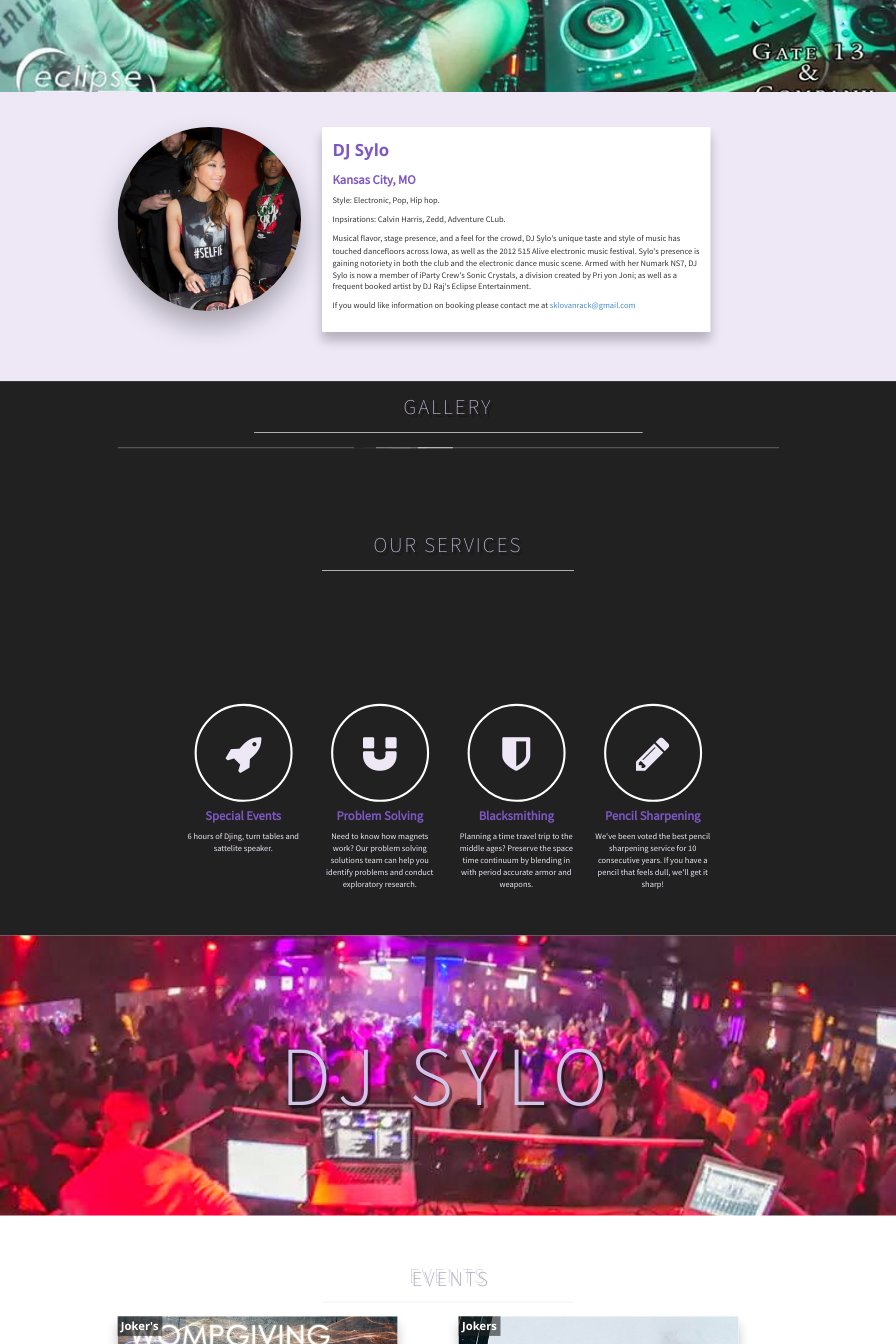
Repository: BambooXLotus/DjSylo
Page: client/index.html
The author's editor kept a record of every edit. The page is drawn from the files as they stood at one moment, then again after the next edit.
The browser window is 1280 px wide. The pictures show the part of the page from y = 588 to 2508 px (the page is 4049 px tall), at 70% of full size.
Pictures or frames that could not be fetched are drawn as grey boxes. Some icons come from a web library that is not loaded, so they are not drawn. Backgrounds fixed to the window are drawn as part of the page. Some web libraries are served in a nearby version.

Above is the page before.

### client/index.html
<!DOCTYPE html>
<html lang="en">

<head>
    <meta charset="utf-8">
    <meta name="viewport" content="width=device-width, initial-scale=1.0">
    <meta name="description" content="">
    <meta name="author" content="">
    <title>DJ Sylo</title>
    <!-- Fonts -->
    <link href='http://fonts.googleapis.com/css?family=Open+Sans:400,700,800,600' rel='stylesheet' type='text/css'>

    <!-- Bootstrap core CSS
        -->
    <link href="css/bootstrap.css" rel="stylesheet">
    <!-- Add custom CSS here -->
    <link href="css/stylish-portfolio.css" rel="stylesheet">
    <link href="//maxcdn.bootstrapcdn.com/font-awesome/4.1.0/css/font-awesome.min.css" rel="stylesheet">
    <link href="css/nanogallery.min.css" rel="stylesheet" type="text/css">
</head>

<body>
    <!-- Side Menu -->
    <nav class="navbar navbar-fixed-top navbar-inverse" role="navigation">
        <div class="container">
            <div class="navbar-header">
                <button type="button" class="navbar-toggle" data-toggle="collapse" data-target=".navbar-ex1-collapse">
                    <span class="sr-only">Toggle navigation</span>
                    <span class="icon-bar"></span>
                    <span class="icon-bar"></span>
                    <span class="icon-bar"></span>
                </button>
                <a class="navbar-brand" href="#top">DJ Sylo</a>
            </div>
            <!-- Collect the nav links, forms, and other content for toggling -->
            <div class="collapse navbar-collapse navbar-ex1-collapse">
                <ul class="nav navbar-nav">
                    <li>
                        <a href="#top">Home</a>
                    </li>
                    <li>
                        <a href="#about">Bio</a>
                    </li>
                    <li>
                        <a href="#gallery">Gallery</a>
                    </li>
                    <li>
                        <a href="#services">Services</a>
                    </li>
                    <li>
                        <a href="#portfolio">Events</a>
                    </li>
                    <li>
                        <a href="#portfolio">Discography</a>
                    </li>
                    <li>
                        <a href="#contact">Contact</a>
                    </li>
                </ul>
            </div>
            <!-- /.navbar-collapse -->
        </div>
        <!-- /.container -->
    </nav>
    <!-- /Side Menu -->
    <!-- Full Page Image Header Area -->
    <div id="top" class="header">
        <div class="vert-text">
            <div class="hero">
                <a href="#contact"><h1 id="responsive-text">DJ Sylo</h1></a>
            </div>
        </div>
    </div>
    <!-- /Full Page Image Header Area -->
    <!-- Intro -->
    <div id="about" class="about">
        <div class="container">
            <div class="row">
                <div class="col-md-3 col-md-offset-1">
                    <img class="img-circle img-responsive circle-shadow" src="img/portrait-sm.jpg">
                </div>
                <div class="col-md-6 col-xs-12">
                    <div class="panel panel-default dialog">
                        <div class="panel-heading">
                            <h3>DJ Sylo</h3>
                        </div>
                        <div class="panel-body">
                            <h4>Kansas City, MO</h4>
                            <p>Style: Electronic, Pop, Hip hop.</p>
                            <p>Inpsirations: Calvin Harris, Zedd, Adventure CLub.</p>
                            <p>Musical flavor, stage presence, and a feel for the crowd, DJ Sylo's unique taste and style of music has touched dancefloors across Iowa, as well as the 2012 515 Alive electronic music festival. Sylo's presence is gaining notoriety
                                in both the club and the electronic dance music scene. Armed with her Numark NS7, DJ Sylo is now a member of iParty Crew's Sonic Crystals, a division created by Pri yon Joni; as well as a frequent booked artist by DJ Raj's
                                Eclipse Entertainment.</p>
                            <p>If you would like information on booking please contact me at <a href="sklovanrack@gmail.com">sklovanrack@gmail.com</a>
                            </p>
                        </div>
                    </div>
                </div>
            </div>
        </div>
    </div>
    <!-- /Intro -->
    <!-- Gallery -->
    <div id="gallery" class="gallery">
        <div class="container">
            <div class="row">
                <div class="col-md-6 col-md-offset-3 text-center">
                    <h2>Gallery</h2>
                    <hr>
                </div>
            </div>
            <div class="row">
                <div class="col-md-10 col-md-offset-1 col-xs-12 text-center">
                    <div id="nanoGallery2"></div>
                </div>
            </div>
        </div>
    </div>
    <!-- /Gallery -->
    <!-- Services -->
    <div id="services" class="services">
        <div class="container">
            <div class="row">
                <div class="col-md-4 col-md-offset-4 text-center">
                    <h2>Our Services</h2>
                    <hr>
                </div>
            </div>
            <div class="row">
                <div class="col-md-offset-3 col-md-6">
                    <iframe width="100%" height="166" scrolling="no" frameborder="no" src="https://w.soundcloud.com/player/?url=https%3A//api.soundcloud.com/tracks/160960689&amp;color=ff5500&amp;auto_play=false&amp;hide_related=false&amp;show_comments=true&amp;show_user=true&amp;show_reposts=false"></iframe>
                </div>
            </div>
            <div class="row">
                <div class="col-md-2 col-md-offset-2 text-center">
                    <div class="service-item">
                        <i class="service-icon fa fa-rocket"></i>
                        <h4>Special Events</h4>
                        <p>6 hours of Djing, turn tables and sattelite speaker.</p>
                    </div>
                </div>
                <div class="col-md-2 text-center">
                    <div class="service-item">
                        <i class="service-icon fa fa-magnet"></i>
                        <h4>Problem Solving</h4>
                        <p>Need to know how magnets work? Our problem solving solutions team can help you identify problems and conduct exploratory research.</p>
                    </div>
                </div>
                <div class="col-md-2 text-center">
                    <div class="service-item">
                        <i class="service-icon fa fa-shield"></i>
                        <h4>Blacksmithing</h4>
                        <p>Planning a time travel trip to the middle ages? Preserve the space time continuum by blending in with period accurate armor and weapons.</p>
                    </div>
                </div>
                <div class="col-md-2 text-center">
                    <div class="service-item">
                        <i class="service-icon fa fa-pencil"></i>
                        <h4>Pencil Sharpening</h4>
                        <p>We've been voted the best pencil sharpening service for 10 consecutive years. If you have a pencil that feels dull, we'll get it sharp!</p>
                    </div>
                </div>
            </div>
        </div>
    </div>
    <!-- /Services -->
    <!-- Callout -->
    <div class="callout">
        <div class="vert-text">
            <h1>DJ Sylo</h1>
        </div>
    </div>
    <!-- /Callout -->
    <!-- Portfolio -->
    <div id="portfolio" class="portfolio">
        <div class="container">
            <div class="row">
                <div class="col-md-4 col-md-offset-4 text-center">
                    <h2>Events</h2>
                    <hr>
                </div>
            </div>
            <div class="row">
                <div class="col-md-5 col-md-offset-1">
                    <div class="panel card fixed-card">
                        <div class="card-heading">
                            <h3 class="panel-title">Joker's</h3>
                            <h4 class="panel-title stickyBottom">Des Moines - Iowa</h4>
                            <a href="https://www.facebook.com/jokersdsm">
                                <img class="img-portfolio img-responsive" src="img/Events/wompgiving2014.jpg">
                            </a>
                        </div>
                        <div class="panel-body">
                            <h4>November 26th Wednesday</h4>
                            <span>Bottomless Cup 9PM-12PM</span>
                            <span>$2 Bottles 9PM-12AM</span>
                            <span>$2 Tequila & Fireball all night</span>
                        </div>
                    </div>
                </div>
                <div class="col-md-5">
                    <div class="panel card fixed-card">
                        <div class="card-heading">
                            <h3 class="panel-title">Jokers</h3>
                            <h4 class="panel-title stickyBottom">Cedarfalls - Iowa</h4>
                            <img class="img-portfolio img-responsive" src="img/portfolio-2.jpg">
                        </div>
                        <div class="panel-body">
                            <h4>Dec 26th Wednesday</h4>
                            <h5>Cats Named Remmy Drink Free</h5>
                        </div>
                    </div>
                </div>
            </div>
            <div class="row">
                <div class="col-md-5 col-md-offset-1">
                    <div class="panel card fixed-card">
                        <div class="card-heading">
                            <h3 class="panel-title">Cafe Mood</h3>
                            <h4 class="panel-title stickyBottom">Ames - Iowa</h4>
                            <img class="img-portfolio img-responsive" src="img/portfolio-3.jpg">
                        </div>
                        <div class="panel-body">
                            <h4>Dec 26th Wednesday</h4>
                        </div>
                    </div>
                </div>
                <div class="col-md-5">
                    <div class="panel card fixed-card">
                        <div class="card-heading">
                            <h3 class="panel-title">Hotel</h3>
                            <h4 class="panel-title stickyBottom">Kansas City - Missouri</h4>
                            <img class="img-portfolio img-responsive" src="img/portfolio-4.jpg">
                        </div>
                        <div class="panel-body">
                            <h4>Dec 26th Wednesday</h4>
                            <h5>Located in the Power and Light district.</h5>
                        </div>
                    </div>
                </div>
            </div>
        </div>
    </div>
    <!-- /Portfolio -->
    <!-- Map -->
    <div id="contact">
        <div class="container">
            <div class="row">
                <div class="col-md-6 col-md-offset-3">
                    <h3>Contact</h3>
                    <hr>
                    <address>
                            <strong>Email:</strong>
                            <a href="mailto:#">sklovanrack@gmail.com</a>
                            <br>
                            <br>
                            <strong>Phone:</strong>(515) 329-2323</address>
                </div>
            </div>
            <div>
                <div class="col-md-6 col-md-offset-3 contact-form">
                    <form id="contact" method="post" class="form" role="form">
                        <div class="row">
                            <div class="col-xs-6 col-md-6 form-group">
                                <input class="form-control" id="name" name="name" placeholder="Name" type="text" />
                            </div>
                            <div class="col-xs-6 col-md-6 form-group">
                                <input class="form-control" id="email" name="email" placeholder="Email" type="email" required />
                            </div>
                        </div>
                        <textarea class="form-control" id="message" name="message" placeholder="Message" rows="5"></textarea>
                        <br />
                        <div class="row">
                            <div class="col-xs-12 col-md-12 form-group">
                                <button class="btn btn-primary pull-right" type="submit">Submit</button>
                            </div>
                        </div>
                    </form>
                </div>
            </div>
        </div>
    </div>
    <!-- /Map -->
    <!-- Footer -->
    <footer>
        <div class="container">
            <div class="row">
                <div class="col-md-6 col-md-offset-3 text-center">
                    <ul class="list-inline">
                        <li>
                            <a class="fa fa-facebook fa-3x" href="https://www.facebook.com/DJSyloSonicCrystals"></a>
                        </li>
                        <li>
                            <i class="fa fa-twitter fa-3x"></i>
                        </li>
                        <li>
                            <i class="fa fa-instagram fa-3x"></i>
                        </li>
                        <li>
                            <a class="fa fa-soundcloud fa-3x" href="https://soundcloud.com/bambooproduction/sets"></a>
                        </li>
                    </ul>
                    <div class="top-scroll">
                        <a href="#top"><i class="fa fa-circle-arrow-up scroll fa-4x"></i></a>
                    </div>
                    <hr>
                    <p>Copyright &copy; Bamboo Lotus 2014</p>
                </div>
            </div>
        </div>
    </footer>
    <!-- /Footer -->
    <!-- JavaScript -->
    <script src="http://ajax.googleapis.com/ajax/libs/jquery/1/jquery.min.js"></script>
    <script src="js/jquery-1.10.2.js"></script>
    <script src="js/bootstrap.js"></script>
    <script type="text/javascript" src="js/jquery.fittext.js"></script>
    <!-- nanoGALLERY plugin files -->
    <script type="text/javascript" src="js/jquery.nanogallery.min.js"></script>
    <!-- Custom JavaScript for the Side Menu and Smooth Scrolling
        -->
    <script>
        $("#menu-close").click(function(e) {
            e.preventDefault();
            $("#sidebar-wrapper").toggleClass("active");
        });
    </script>
    <script>
        $("#menu-toggle").click(function(e) {
            e.preventDefault();
            $("#sidebar-wrapper").toggleClass("active");
        });
    </script>
    <script>
        $(function() {
            $('a[href*=#]:not([href=#])').click(function() {
                if (location.pathname.replace(/^\//, '') == this.pathname.replace(/^\//, '') || location.hostname == this.hostname) {

                    var target = $(this.hash);
                    target = target.length ? target : $('[name=' + this.hash.slice(1) + ']');
                    if (target.length) {
                        $('html,body').animate({
                            scrollTop: target.offset().top
                        }, 1000);
                        return false;
                    }
                }
            });

            $("#nanoGallery2").nanoGallery({
                thumbnailWidth: 'auto',
                thumbnailHeight: 200,
                userID: 'derensomsanith@gmail.com',
                kind: 'picasa',
                album: '6020738059883313137',
                colorSchemeViewer: 'light',
                thumbnailHoverEffect: [{
                    name: 'labelAppear75',
                    duration: 300
                }],
                thumbnailGutterWidth: 1,
                thumbnailGutterHeight: 1,
                i18n: {
                    thumbnailImageDescription: 'View Photo',
                    thumbnailAlbumDescription: 'Open Album'
                },
                thumbnailLabel: {
                    display: true,
                    position: 'overImageOnMiddle',
                    align: 'center'
                },
                photoSorting: 'random',
                lazyBuild: 'none',
                lazyBuildTreshold: 300
            });

            $("#responsive-text").fitText(0.5, { minFontSize: '20px', maxFontSize: '140px' });
        });

        (function(i, s, o, g, r, a, m) {
            i['GoogleAnalyticsObject'] = r;
            i[r] = i[r] || function() {
                (i[r].q = i[r].q || []).push(arguments)
            }, i[r].l = 1 * new Date();
            a = s.createElement(o),
                m = s.getElementsByTagName(o)[0];
            a.async = 1;
            a.src = g;
            m.parentNode.insertBefore(a, m)
        })(window, document, 'script', '//www.google-analytics.com/analytics.js', 'ga');

        ga('create', 'UA-56532059-1', 'auto');
        ga('send', 'pageview');
    </script>
</body>

</html>

### client/css/stylish-portfolio.css
/* Global Styles */

@import url(http://fonts.googleapis.com/css?family=Source+Sans+Pro:100,200,300,400);
@import url(http://fonts.googleapis.com/css?family=Open+Sans:400,700,800,600);
html,
body {
  height: 100%;
  width: 100%;
  font-family: 'Source Sans Pro', sans-serif;
  font-size: 12px;
}
h1,
h2 {
  color: #D1C4E9;
  text-shadow: 4px 4px 1px rgba(0, 0, 0, 0.45);
  text-transform: uppercase;
  font-weight: 100;
  letter-spacing: .1em;
}
h3 {
  font-family: 'Open Sans', sans-serif;
  color: #7E57C2;
  font-weight: 700;
}
h4{
  font-family: 'Source Sans Pro', sans-serif;
  color: #7E57C2;
  font-weight: 700;
}
.vert-text {
  display: table-cell;
  vertical-align: middle;
  text-align: center;
}
.vert-text h1 {
  padding: 0;
  margin: 0;
  font-size: 10em;
  font-weight: 300;
}
/* Link Styles */

a:link {
  text-decoration: none;
}
a:visited {
  text-decoration: none;
}
a:hover {
  text-decoration: none;
}
a:active {
  text-decoration: none;
}
/* Side Menu */

.nav {
  background-color: #212121;
  text-transform: uppercase;
  letter-spacing: .2em;
  font-size: 1.2em;
  font-weight: 400;
}
#sidebar-wrapper {
  margin-right: -250px;
  right: 0;
  width: 250px;
  background: #000;
  position: fixed;
  height: 100%;
  overflow-y: auto;
  z-index: 1000;
  -webkit-transition: all 0.4s ease 0s;
  -moz-transition: all 0.4s ease 0s;
  -ms-transition: all 0.4s ease 0s;
  -o-transition: all 0.4s ease 0s;
  transition: all 0.4s ease 0s;
}
.sidebar-nav {
  position: absolute;
  top: 0;
  width: 250px;
  list-style: none;
  margin: 0;
  padding: 0;
}
.sidebar-nav li {
  line-height: 40px;
  text-indent: 20px;
}
.sidebar-nav li a {
  color: #999999;
  display: block;
  text-decoration: none;
}
.sidebar-nav li a:hover {
  color: #fff;
  background: rgba(255, 255, 255, 0.2);
  text-decoration: none;
}
.sidebar-nav li a:active,
.sidebar-nav li a:focus {
  text-decoration: none;
}
.sidebar-nav > .sidebar-brand {
  height: 55px;
  line-height: 55px;
  font-size: 18px;
}
.sidebar-nav > .sidebar-brand a {
  color: #999999;
}
.sidebar-nav > .sidebar-brand a:hover {
  color: #fff;
  background: none;
}
#menu-toggle {
  top: 0;
  right: 0;
  position: fixed;
  z-index: 1;
}
#sidebar-wrapper.active {
  right: 250px;
  width: 250px;
  -webkit-transition: all 0.4s ease 0s;
  -moz-transition: all 0.4s ease 0s;
  -ms-transition: all 0.4s ease 0s;
  -o-transition: all 0.4s ease 0s;
  transition: all 0.4s ease 0s;
}
.toggle {
  margin: 5px 5px 0 0;
}
/* Full Page Image Header Area */

.header {
  display: table;
  height: 100%;
  width: 100%;
  position: relative;
  background: url(../img/DJSyloJumbotron.jpeg) no-repeat center center fixed;
  -webkit-background-size: cover;
  -moz-background-size: cover;
  -o-background-size: cover;
  background-size: cover;
}
/* Intro */

.intro {
  padding: 50px 0;
}
/* About */

.about {
  background: #EDE7F6;
  padding: 50px 0;
}
/* Gallery */

.gallery {
  background: #212121;
}
/* Services */

.services {
  background: #212121;
  padding: 50px 0;
  color: #EDE7F6;
}
.service-item {
  margin-bottom: 15px;
}
i.service-icon {
  border: 3px solid #ffffff;
  border-radius: 50%;
  display: inline-block;
  font-size: 56px;
  width: 140px;
  height: 140px;
  line-height: 136px;
  vertical-align: middle;
  text-align: center;
}
/* Callout */

.callout {
  color: #ffffff;
  display: table;
  height: 400px;
  width: 100%;
  background: url(../img/callout_DJSylo.jpeg) no-repeat center center fixed;
  -webkit-background-size: cover;
  -moz-background-size: cover;
  -o-background-size: cover;
  background-size: cover;
}
/* Portfolio */

.portfolio {
  padding: 50px 0;
}
.portfolio-item {
  margin-bottom: 25px;
}
.img-portfolio {
  margin: 0 auto;
}
/* Map */

.map {
  height: 500px;
}
/* Footer */

footer {
  padding: 100px 0;
}
.top-scroll {
  margin-top: 50px;
}
.top-scroll a {
  text-decoration: none;
  color: inherit;
}
i.scroll {
  color: #333333;
}
i.scroll:hover {
  color: #0a5175;
}
/* Responsive */

@media (max-width: 768px) {
  .header {
    background: url(../img/DJSyloJumbotron.jpeg) no-repeat center center scroll;
  }
  .callout {
    background: url(../img/callout_DJSylo.jpeg) no-repeat center center scroll;
  }
  .map {
    height: 75%;
  }
}
html,
body {
  height: 100%;
}
.carousel,
.item,
.active {
  height: 100%;
}
.carousel-inner {
  height: 100%;
}
.fill {
  width: 100%;
  height: 100%;
  background-position: center;
  background-size: cover;
}
/* faster sliding speed */

.carousel-inner > .item {
  -webkit-transition: 0.3s ease-in-out left;
  -moz-transition: 0.3s ease-in-out left;
  -o-transition: 0.3s ease-in-out left;
  transition: 0.3s ease-in-out left;
}
/* keep full widget on smaller screens */

@media (max-width: 767px) {
  body {
    padding-left: 0;
    padding-right: 0;
  }
}
#galleryContainer {
  background: #DDD;
  max-width: 1000px;
  max-height: 500px;
}
.item img {
  width: 50%;
}
.item.w2 {
  width: 25%;
}
.circle-shadow {
  box-shadow: 0 19px 38px rgba(0, 0, 0, 0.30);
}
/* Card, Dialog */

.card,
.dialog {
  border-radius: 2px;
  border: 0px;
  position: relative;
  display: inline-block;
  vertical-align: top;
  background-color: #fff;
  box-shadow: 0 12px 15px 0 rgba(0, 0, 0, 0.24);
}
.fixed-card {
  max-width: 400px;
  max-height: 400px;
}
.panel:hover .panel-title {
  background: #e91e63;
}
.panel-title {
  position: absolute;
  background: rgba(34, 34, 34, 0.6);
  color: White;
  padding: 5px;
  z-index: 3;
  -webkit-transition: all .6s ease-in-out;
  -moz-transition: all .6s ease-in-out;
  -o-transition: all .6s ease-in-out;
  -ms-transition: all .6s ease-in-out;
  transition: all .6s ease-in-out;
}
.panel-default > .panel-heading {
  border-radius: 0;
  background: transparent;
  border: 0px;
}
.panel-heading {
  padding: 0px 15px;
}
.panel-body {
  padding: 0px 15px;
  padding-bottom: 20px;
}
.card-heading {
  border-radius: 0;
  background: transparent;
  overflow: hidden;
  padding: 0px;
  border-bottom: 0px;
}
.fill {
  display: flex;
  justify-content: center;
  align-items: center;
  overflow: hidden
}
.fill img {
  flex-shrink: 0;
  min-width: 100%;
  min-height: 100%
}
.stickyBottom {
  position: absolute;
  bottom: 0;
  left: 0;
}

Loaded but not shown: client/css/bootstrap.css (library); client/css/nanogallery.min.css (library); client/js/jquery-1.10.2.js (library); client/js/bootstrap.js (library); client/js/jquery.fittext.js (common file); client/js/jquery.nanogallery.min.js (library)

After the next edit:
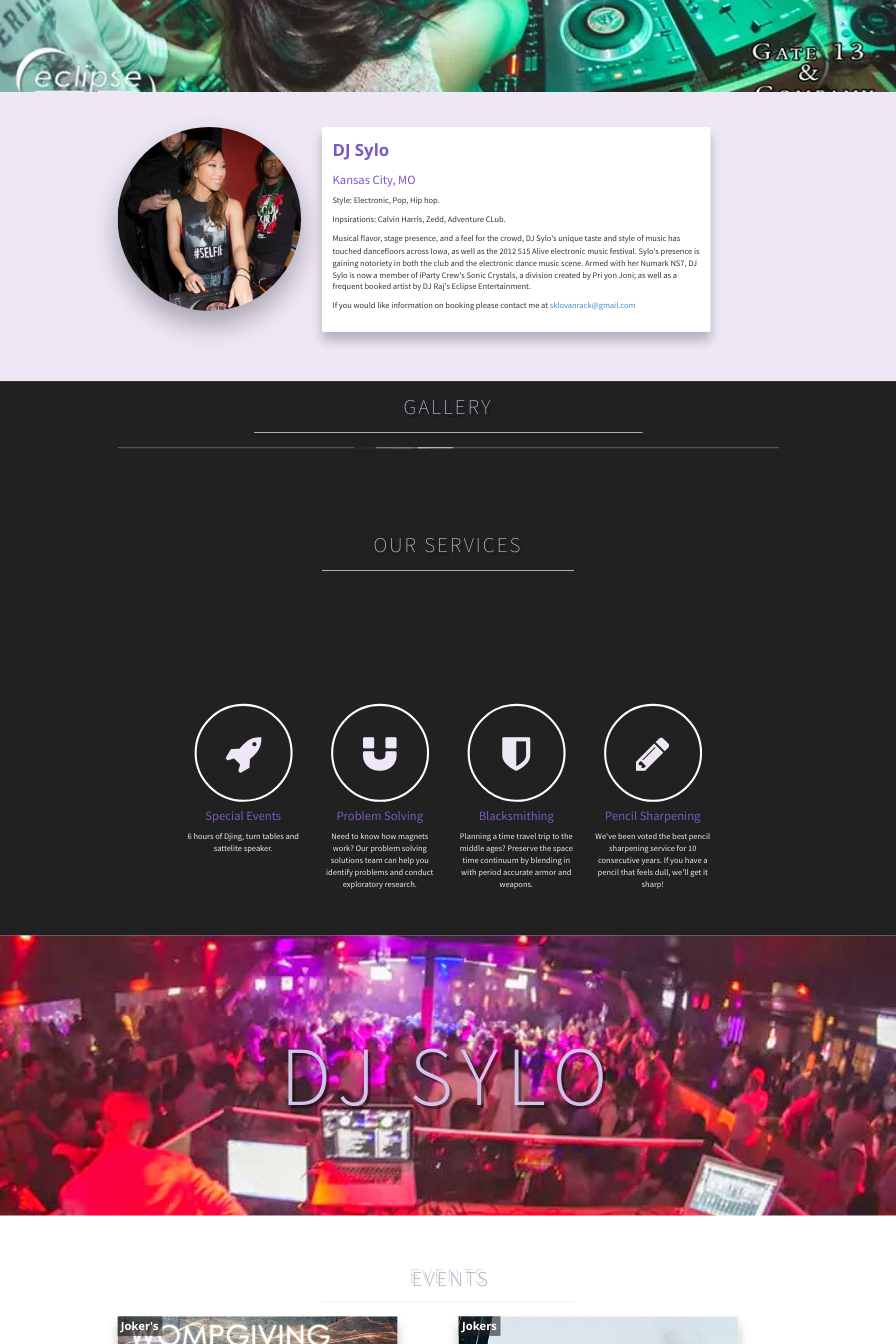
The edit:
--- a/client/css/stylish-portfolio.css
+++ b/client/css/stylish-portfolio.css
@@ -25,7 +25,7 @@
 h4{
   font-family: 'Source Sans Pro', sans-serif;
   color: #7E57C2;
-  font-weight: 700;
+  font-weight: 400;
 }
 .vert-text {
   display: table-cell;
